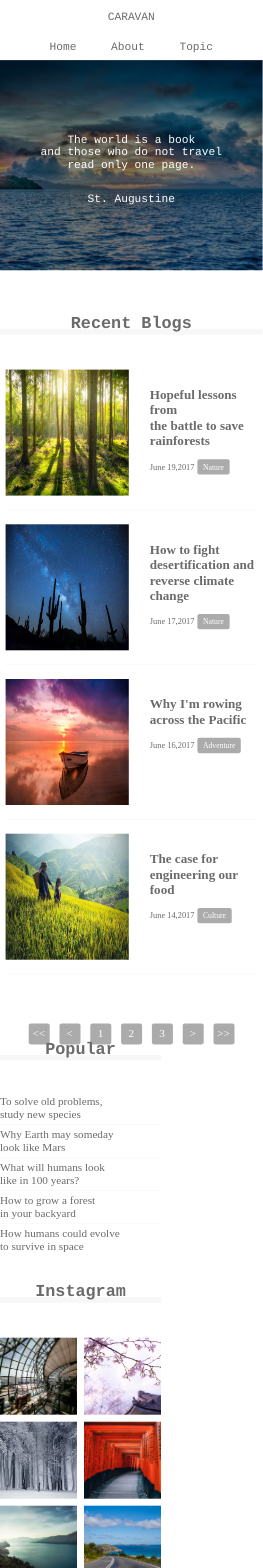
Repository: Kaori199701/-1
Page: caravan/index.html
The author's editor kept a record of every edit. The page is drawn from the files as they stood at one moment, then again after the next edit.
The browser window is 375 px wide. The pictures show the part of the page from y = 0 to 2240 px (the page is 2826 px tall), at 70% of full size.
Some web libraries are served in a nearby version.

Above is the page before.

### caravan/index.html
<!DOCTYPE html>
<html lang="ja">
  <head>
    <meta charset="UTF-8" />
    <meta name="viewport" content="width=device-width,initial-scale=1.0">
    <!-- FontAwesomeの読み込み -->
    <script src="https://kit.fontawesome.com/28849d95ea.js" crossorigin="anonymous"></script>

    <!-- CSSファイルの読み込み -->
    <link rel="stylesheet" href="style.css" />
    <title>CARAVAN</title>
  </head>

  <body>
     <!-- header -->
    <header>
      <hi class="heading">
        <a href="index.html">
          CARAVAN
        </a>
      </hi>

      <div class="social">
         <i class="fab fa-facebook-square"></i>
         <i class="fab fa-twitter-square"></i>
         <i class="fab fa-instagram"></i>
      </div>
    </header>

    <! --navigation-->
    <nav>
      <ul class="nav-list">
        <li class="nav-list-item">
          <a href="index.html">Home</a>
        </li>
        <li class="nav-list-item">About</li>
        <li class="nav-list-item">Topic</li>
      </ul>
    </nav>

     <!-- main-visual用のdiv -->
     <div class="main-visual">
       <div class="main-visual-content">
       <!-- pタグ（と文字）を追加 -->
        <p class="main-visual-text">
         The world is a book<br />
         and those who do not travel<br />
         read only one page.
        </p>
        <p class="main-visual-name">
         St. Augustine
        </p>
       </div>
     </div>

     <!-- main用のdiv -->
     <main>
       <!-- ブログ(左側) -->
       <section class="blog">
        <h2 class="blog-heading">Recent Blogs</h2>

        <div class="blog-box">

         <!-- 1コ目の記事-->
         <div class="blog-item">
           <img class="blog-image" src="img/forest.jpg">
           <section class="blog-text">
             <h3 class="blog-text-heading">
               <a href="single.html">
                Hopeful lessons from<br>
                the battle to save<br>
                rainforests
               </a>
             </h3>
             <p class="blog-date">June 19,2017</p>
             <span class="category">Nature</span>
           </section>
          </div>

         <!-- 2コ目の記事-->
          <div class="blog-item">
           <img class="blog-image" src="img/desert.jpg">
           <section class="blog-text">
             <h3 class="blog-text-heading">
               <a href="single.html">
                How to fight<br>
                desertification and<br>
                reverse climate change
               </a>
             </h3>
             <p class="blog-date">June 17,2017</p>
             <span class="category">Nature</span>
           </section>
          </div>

        <!-- 3コ目の記事-->
         <div class="blog-item">
           <img class="blog-image" src="img/sunset.jpg">
           <section class="blog-text">
             <h3 class="blog-text-heading">
               <a href="single.html">
                Why I'm rowing<br>
                across the Pacific
               </a>
             </h3>
             <p class="blog-date">June 16,2017</p>
             <span class="category">Adventure</span>
           </section>
         </div>

        <!-- 4コ目の記事-->
         <div class="blog-item">
           <img class="blog-image" src="img/asia.jpg">
           <section class="blog-text">
             <h3 class="blog-text-heading">
               <a href="single.html">
                 The case for<br>
                 engineering our food
               </a>
             </h3>
             <p class="blog-date">June 14,2017</p>
             <span class="category">Culture</span>
           </section>
          </div>
         </div>
         <div class="pagination">
            <p><<</p>
            <p><</p>
            <p>1</p>
            <p>2</p>
            <p>3</p>
            <p>></p>
            <p>>></p>
         </div>
       </section>

       <!-- サイドバー(右側) -->
       <div class="sidebar">
        <selection class="popular">
          <h2 class="popular-heading common-heading">Popular</h2>
           <div class="sidebar-contents">
             <p class="popular-text">To solve old problems,<br>study new species</p>
             <p class="popular-text">Why Earth may someday<br>look like Mars</p>
             <p class="popular-text">What will humans look<br>like in 100 years?</p>
             <p class="popular-text">How to grow a forest<br>in your backyard</p>
             <p class="popular-text">How humans could evolve<br>to survive in space</p>
           </div>
        </selection>

        <selection class="instagram">
          <h2 class="instagram-heading common-heading">Instagram</h2>
           <div class="sidebar-contents">
             <div class="instagram-box"></div>
             <div class="instagram-box"></div>
             <div class="instagram-box"></div>
             <div class="instagram-box"></div>
             <div class="instagram-box"></div>
             <div class="instagram-box"></div>
           </div>
        </selection>

        <section class="categories">
          <h2 class="categories-heading common-heading">Categories</h2>
           <div class="sidebar-contents">
             <p class="categories-text">Technology(15)</p>
             <p class="categories-text">Business(23)</p>
             <p class="categories-text">Entertainment(12)</p>
             <p class="categories-text">Nature(32)</p>
             <p class="categories-text">Education(9)</p>
             <p class="categories-text">Adventure(23)</p>
             <p class="categories-text">Communication(14)</p>
           </div>
        </selection>

       </div>
     </main>

     <!-- footer -->
     <footer>
       <p class="footer-text">© All rights reserved by Infratop.Inc.</p>
     </footer>
   </body>
</html>

### caravan/style.css
/* ブラウザがそれぞれ持っているCSSをリセットするための記述 */
* {
  margin: 0;
  padding: 0;
  box-sizing: border-box;
  color: #6c6b6b;
}

a {
  text-decoration: none;
}

header, nav, h2, .main-visual, footer {
  font-family: Chalkduster, "Bradley Hand", Courier, "Segoe Print", sans-serif;
}

header {
  width: 90%; /* 横幅90% */
  padding: 15px 0;
  margin: 0 auto;
  text-align: center;
  position: relative; /* #socialの基準位置を相対位置へ変更する */
}

.social {
  position: absolute; /* headerの左上を基準に絶対位置で指定する */
  top: 22px; /* headerの左上から22px下側へ移動する */
  right: 22px; /* headerの右上から22px左側へ移動する */
}

.social i {
  display: inline-block;
  margin-left: 20px;
}

header.heading {/* headerタグ内のheadingクラスにのみ反映される */
  font-size: 32px;
}

.nav-list {
  text-align: center;
  padding: 10px 0;
  margin: 0 auto;
}

.nav-list-item {
  list-style: none;
  display: inline-block;
  margin: 0 20px;
}


.main-visual {
  width: 100%; /* 横幅いっぱい */
  height: 300px; /* 高さ300px */
  background-image: url(img/mv.jpg);
  background-size: cover;/* 縦横比を維持したまま背景領域を埋め尽くす */
  background-position:center;/* 背景画像を中央に配置 */
}

.main-visual-content {
  width: 40%; /* 横幅40% */
  height: 300px; /* 親の高さに揃える */
  background-color: rgba(0,0,0,0.5);/* 背景色を半透明の黒にする */
  text-align: center; /* 文字を中央揃えにする */
  padding-top: 105px;/* 上側の内側余白で垂直方向の位置を調整(上105px空白にする) */
}

.main-visual-text {
  color: #fff; /* 文字色を白に変更 */
}

.main-visual-name {
  margin-top: 30px; /* 上側の外側の余白 */
  color: #fff; /* 文字色を白に変更 */
}


main {
  width: 800px; /* 横幅800px */
  display: flex; /* Flexboxの利用 */
  justify-content: center; /* 要素の横並び・中央寄せ */
  margin: 0 auto; /* 要素の中央揃え */
  padding: 70px 0; /* 上下に70px、左右に0pxの内側余白 */
}

.blog {
  width: 540px;
  margin-right: 30px;/* 領域の右側余白30px*/

}

.blog-heading {
  border-bottom: 8px solid #f7f7f7;
  text-align: center;
  line-height: 0.6;
}

.blog-box {
  padding-top: 50px;
}

.blog-item {
  padding-bottom: 20px;
  margin-bottom: 20px;
  border-bottom: 1px solid #f7f7f7;
  display: flex; /* Flexboxの利用 */
  justify-content: flex-start;
}

.blog-image{
  height: 180px;
}

.blog-text {
  padding: 25px 0 0 30px;
}

.blog-text-heading {
  padding-bottom: 15px;
}

.blog-date {
  font-size: 12px;
  display: inline-block;
}

.category {
  display: inline-block;
  padding: 5px 8px;
  background-color: #acabab;
  border-radius: 3px;
  color: #fff;
  font-size: 11px;
}

.pagination {
  text-align: center;
  padding-top: 50px;
}

.pagination p {
  display: inline-block;
  width: 30px;
  height: 30px;
  margin: 0 5px;
  color: #fff;
  background-color: #acabab;
  border-radius: 3px;
  line-height: 30px;
}


.sidebar {
  width: 230px;
}

.common-heading {
  border-bottom: 8px solid #f7f7f7;
  text-align: center;
  line-height: 0.6;
}

.sidebar-contents {
  padding: 50px 0;
}

.popular-text,
.categories-text {
  padding-bottom: 5px;
  border-bottom: 1px solid #f7f7f7;
  margin-bottom: 5px;
}

.popular-text:last-child,
.categories-text:last-child {
  margin: 0;
  padding: 0;
  border: none;
}

.instagram .sidebar-contents {
  display: flex;
  flex-wrap: wrap;
}

.instagram-box {
  width: 110px;
  padding-top: 110px;
  background-size: cover;
  background-position: center;
  margin-bottom: 10px;
}

.instagram-box:nth-child(odd) {
  margin: 0 10px 10px 0;
}

.instagram-box:nth-child(1) {
  background-image: url(img/airport.jpg);
}

.instagram-box:nth-child(2) {
  background-image: url(img/japan.jpg);
}

.instagram-box:nth-child(3) {
  background-image: url(img/snow.jpg);
}

.instagram-box:nth-child(4) {
  background-image: url(img/japan2.jpg);
}

.instagram-box:nth-child(5) {
  background-image: url(img/lake.jpg);
}

.instagram-box:nth-child(6) {
  background-image: url(img/road.jpg);
}



footer {
  width: 100%; /* 横幅いっぱい */
  height: 120px; /* 高さ120px */
  text-align: center;
  line-height: 120px;
  background-color: #848282;
}

.footer-text {
  color: #fff;
}


@media screen and (max-width: 425px) {
  header {
    width: 100%;
  }

  .nav-list {
    width: 100%;
  }

  .av-list-item {
    width: 100%;
    margin: 0 0 10px 0;
  }

 .social {
    display: none;
  }

  .main-visual-content {
    width: 100%;
  }

  main {
    width: 100%;
    display: block;
  }

  .blog {
    width: 100%;
    margin: 0;
  }

.blog-box {
  padding-left: 2%;
  padding-right: 2%;
}

.blog-image{
  width: 49%;
}

.blog-text {
  padding: 25px 0 0 30px;
}

.blog-text-heading {
  padding-bottom: 15px;
}

.blog-date {
  font-size: 12px;
  display: inline-block;
}

.category {
  display: inline-block;
  padding: 5px 8px;
  background-color: #acabab;
  border-radius: 3px;
  color: #fff;
  font-size: 11px;
}

.pagination {
  text-align: center;
  padding-top: 50px;
}

.pagination p {
  display: inline-block;
  width: 30px;
  height: 30px;
  margin: 0 5px;
  color: #fff;
  background-color: #acabab;
  border-radius: 3px;
  line-height: 30px;
}


.sidebar {
  width: 230px;
}

.common-heading {
  border-bottom: 8px solid #f7f7f7;
  text-align: center;
  line-height: 0.6;
}

.sidebar-contents {
  padding: 50px 0;
}

.popular-text,
.categories-text {
  padding-bottom: 5px;
  border-bottom: 1px solid #f7f7f7;
  margin-bottom: 5px;
}

.popular-text:last-child,
.categories-text:last-child {
  margin: 0;
  padding: 0;
  border: none;
}

.instagram .sidebar-contents {
  display: flex;
  flex-wrap: wrap;
}

.instagram-box {
  width: 110px;
  padding-top: 110px;
  background-size: cover;
  background-position: center;
  margin-bottom: 10px;
}

.instagram-box:nth-child(odd) {
  margin: 0 10px 10px 0;
}

.instagram-box:nth-child(1) {
  background-image: url(img/airport.jpg);
}

.instagram-box:nth-child(2) {
  background-image: url(img/japan.jpg);
}

.instagram-box:nth-child(3) {
  background-image: url(img/snow.jpg);
}

.instagram-box:nth-child(4) {
  background-image: url(img/japan2.jpg);
}

.instagram-box:nth-child(5) {
  background-image: url(img/lake.jpg);
}

.instagram-box:nth-child(6) {
  background-image: url(img/road.jpg);
}



footer {
  width: 100%; /* 横幅いっぱい */
  height: 120px; /* 高さ120px */
  text-align: center;
  line-height: 120px;
  background-color: #848282;
}

.footer-text {
  color: #fff;
}


}

After the next edit:
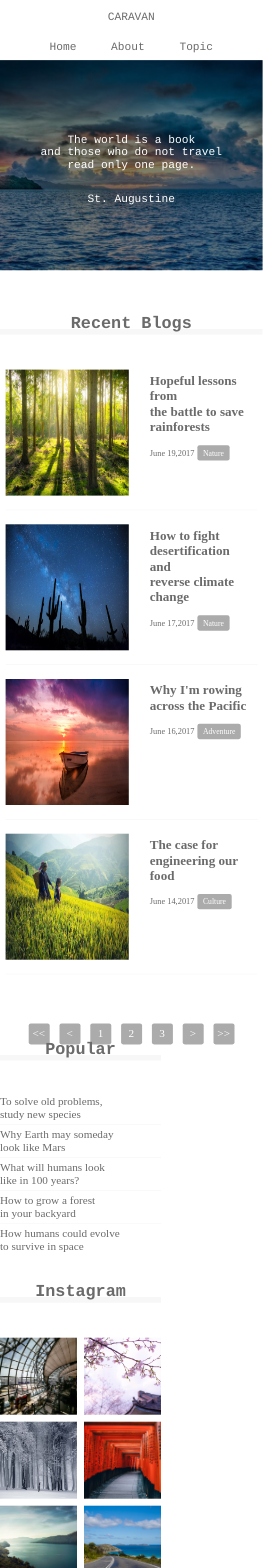
The edit:
--- a/caravan/style.css
+++ b/caravan/style.css
@@ -277,7 +277,8 @@
 }
 
 .blog-text {
-  padding: 25px 0 0 30px;
+  width: 49%;
+  padding-top: 5px;
 }
 
 .blog-text-heading {
